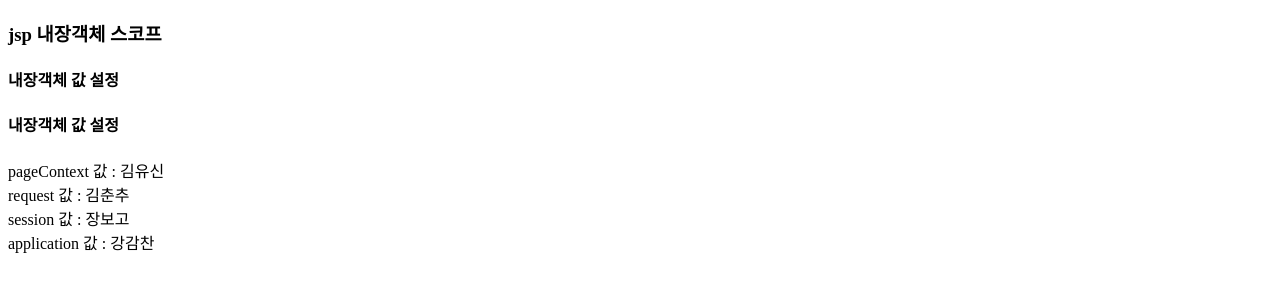
Repository: 2017112847/Jsp
Page: http://localhost/ch03/scope.jsp
These files come from the project's save history. The page is drawn as it stood at one moment and after the next save; the edit follows.
The browser window is 1280 px wide. The pictures show the whole page.
The page is served by Tomcat 9.

Above is the page before, as saved 2025-07-28 08:10:13.

After the next save:
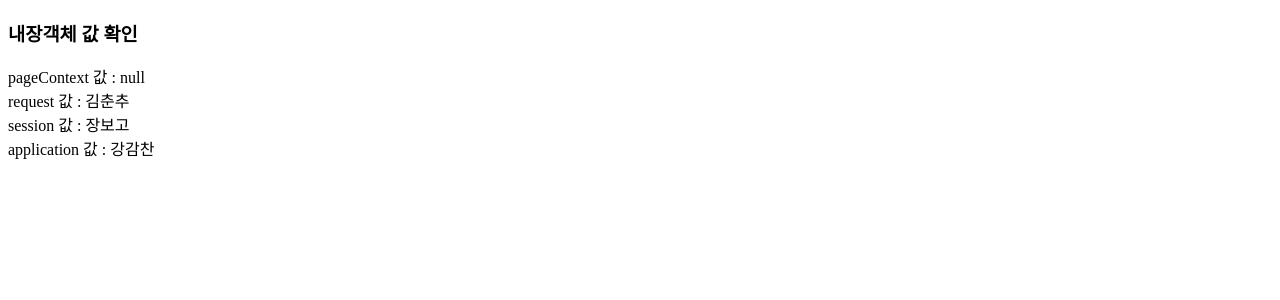
Saved 1 s later.
--- a/ch03/src/main/webapp/scope.jsp
+++ b/ch03/src/main/webapp/scope.jsp
@@ -23,5 +23,10 @@
 		session 값 : <%=session.getAttribute("name") %><br/>
 		application 값 : <%=application.getAttribute("name") %><br/>
 	</p>
+	<%
+		// 포워드 페이지에서 내장객체 값 확인
+		pageContext.forward("./proc/resultScope.jsp");
+	%>
+
 </body>
 </html>
